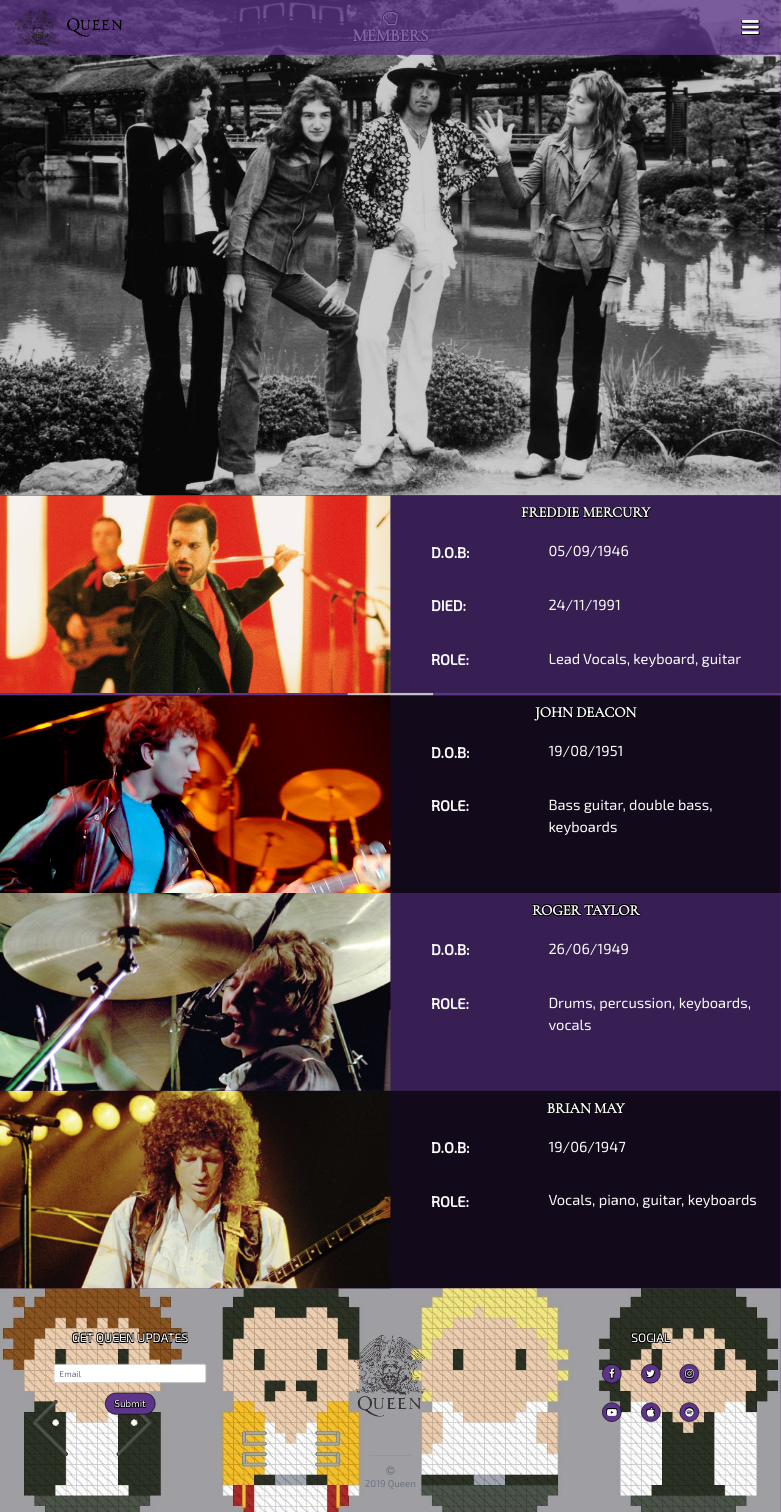
Repository: Olan1/Queen---The-Unofficial-Site
Page: members.html
The author's editor kept a record of every edit. The page is drawn from the files as they stood at one moment, then again after the next edit.
The browser window is 1280 px wide. The pictures show the whole page, at 61% of full size.

Above is the page before.

### members.html
<!DOCTYPE html>
<html lang="en">

<head>
    <meta charset="UTF-8">
    <meta name="viewport" content="width=device-width, initial-scale=1.0">
    <meta http-equiv="X-UA-Compatible" content="ie=edge">
    <link rel="stylesheet" href="https://stackpath.bootstrapcdn.com/bootstrap/4.3.1/css/bootstrap.min.css">
    <link rel="stylesheet" href="https://stackpath.bootstrapcdn.com/font-awesome/4.7.0/css/font-awesome.min.css">
    <link rel="stylesheet" href="assets/css/style.css">
    <link rel="shortcut icon" href="assets/images/head/Q.png">
    <!--Source: https://stackoverflow.com/questions/10691021/how-to-insert-logo-with-the-title-of-a-html-page-->
    <title>Members</title>
</head>

<body>
    <!--Header-->
    <header id="home" class="container-fluid members-header-container text-outline">
        <nav class="navbar navbar-light nav-bg-color fixed-top">
            <a href="index.html" class="navbar-brand" data-toggle="tooltip" title="Home">
                <img class="img-fluid" src="assets/images/header/queen-coat-of-arms.png">
                <img class="img-fluid d-none d-sm-inline-block" src="assets/images/header/queen-logo.png">
            </a>
            <button class="navbar-toggler ml-auto mr-2 text-outline" type="button" data-toggle="collapse" data-target="#navbarNavDropdown" aria-controls="navbarNavDropdown" aria-expanded="false" aria-label="Toggle navigation">
                <i class="fa fa-bars"></i>
            </button>
            <div class="collapse navbar-collapse justify-content-end" id="navbarNavDropdown">
                <ul class="navbar-nav mr-2">
                    <li class="nav-item "><a href="index.html" class="nav-link">Home</a></li>
                    <li class="nav-item "><a href="members.html" class="nav-link">Members</a></li>
                    <li class="nav-item"><a href="gallery.html" class="nav-link">Gallery</a></li>
                    <li class="nav-item"><a href="music.html" class="nav-link">Music</a></li>
                    <li class="nav-item"><a href="film.html" class="nav-link">Film</a></li>
                    <li class="nav-item"><a href="store.html" class="nav-link">Store</a></li>
                    <li class="nav-item"><a href="sign-up.html" class="nav-link">Sign Up</a></li>
                </ul>
            </div>
        </nav>
        <div class="padding-top">
            <h3 class="uppercase text-outline"><i class="fa fa-hand-rock-o" aria-hidden="true"></i>Members</h3>
        </div>
    </header>
    <!-- /.Header -->

    <!--Band Members Section-->
    <section id="members" class="container-fluid members-container">

        <!--Freddie Mercury-->
        <div class="bg-fade-light">
            <div class="row no-gutters info-container">
                <div class="col-lg-6">
                    <img class="img-fluid" src="assets/images/members/freddie-mercury.png" alt="Freddie Mercury">
                </div>
                <!--Source: Code Institutes front end resume project-->
                <div class="col-lg-6 section-column">
                    <div class="row">
                        <div class="col-12">
                            <h4 class="member-heading uppercase text-outline">
                                Freddie Mercury
                            </h4>
                        </div>
                    </div>
                    <div class="personal-info-item">
                        <div class="key">
                            <p class="uppercase">
                                D.O.B:
                            </p>
                        </div>
                        <div class="value">
                            <p>
                                05/09/1946
                            </p>
                        </div>
                    </div>
                    <div class="personal-info-item">
                        <div class="key">
                            <p class="uppercase">
                                Died:
                            </p>
                        </div>
                        <div class="value">
                            <p>
                                24/11/1991
                            </p>
                        </div>
                    </div>
                    <div class="personal-info-item">
                        <div class="key">
                            <p class="uppercase">
                                Role:
                            </p>
                        </div>
                        <div class="value">
                            <p>
                                Lead Vocals, keyboard, guitar
                            </p>
                        </div>
                    </div>
                </div>
            </div>
        </div>
        <hr class="divider-lg">

        <!--John Deacon-->
        <div class="bg-fade-dark">
            <div class="row no-gutters info-container">
                <div class="col-lg-6">
                    <img class="img-fluid" src="assets/images/members/john-deacon.png" alt="John Deacon">
                </div>
                <!--Source: Code Institutes front end resume project-->
                <div class="col-lg-6 section-column">
                    <div class="row">
                        <div class="col-12">
                            <h4 class="member-heading uppercase text-outline">
                                John Deacon
                            </h4>
                        </div>
                    </div>
                    <div class="personal-info-item">
                        <div class="key">
                            <p class="uppercase">
                                D.O.B:
                            </p>
                        </div>
                        <div class="value">
                            <p>
                                19/08/1951
                            </p>
                        </div>
                    </div>
                    <div class="personal-info-item">
                        <div class="key">
                            <p class="uppercase">
                                Role:
                            </p>
                        </div>
                        <div class="value">
                            <p>
                                Bass guitar, double bass, keyboards
                            </p>
                        </div>
                    </div>
                </div>
            </div>
        </div>

        <!--Roger Taylor-->
        <div class="bg-fade-light">
            <div class="row no-gutters info-container">
                <div class="col-lg-6">
                    <img class="img-fluid" src="assets/images/members/roger-taylor.png" alt="Roger Taylor">
                </div>
                <!--Source: Code Institutes front end resume project-->
                <div class="col-lg-6 section-column">
                    <div class="row">
                        <div class="col-12">
                            <h4 class="member-heading uppercase text-outline">
                                Roger Taylor
                            </h4>
                        </div>
                    </div>
                    <div class="personal-info-item">
                        <div class="key">
                            <p class="uppercase">
                                D.O.B:
                            </p>
                        </div>
                        <div class="value">
                            <p>
                                26/06/1949
                            </p>
                        </div>
                    </div>
                    <div class="personal-info-item">
                        <div class="key">
                            <p class="uppercase">
                                Role:
                            </p>
                        </div>
                        <div class="value">
                            <p>
                                Drums, percussion, keyboards, vocals
                            </p>
                        </div>
                    </div>
                </div>
            </div>
        </div>

        <!--Brian May-->
        <div class="bg-fade-dark">
            <div class="row no-gutters info-container">
                <div class="col-lg-6">
                    <img class="img-fluid pb-2" src="assets/images/members/brian-may.png" alt="Brian May">
                </div>
                <!--Source: Code Institutes front end resume project-->
                <div class="col-lg-6 section-column">
                    <div class="row">
                        <div class="col-12">
                            <h4 class="member-heading uppercase text-outline">
                                Brian May
                            </h4>
                        </div>
                    </div>
                    <div class="personal-info-item">
                        <div class="key">
                            <p class="uppercase">
                                D.O.B:
                            </p>
                        </div>
                        <div class="value">
                            <p>
                                19/06/1947
                            </p>
                        </div>
                    </div>
                    <div class="personal-info-item">
                        <div class="key">
                            <p class="uppercase">
                                Role:
                            </p>
                        </div>
                        <div class="value">
                            <p>
                                Vocals, piano, guitar, keyboards
                            </p>
                        </div>
                    </div>
                </div>
            </div>
        </div>
    </section>
    <!-- /.Band Members Section-->

    <!--Footer-->
    <footer id="footer" class="container-fluid footer-container">
        <div class="row pt-5">

            <!--Form-->
            <div class="col-sm-4 align-center pb-2 text-outline">
                <h5 class="uppercase text-white pb-4">Get Queen Updates</h5>
                <form class="form-sm justify-content-center inline-block">
                    <div class="form-group">
                        <input type="email" class="form-control form-control-sm" id="emailUpdates" aria-describedby="emailHelp" placeholder="Email">
                    </div>
                    <button type="submit" class="btn my-btn text-outline">Submit</button>
                </form>
                <hr class="divider d-sm-none">
            </div>

            <!--Logo-->
            <div class="col-sm-4 align-center pb-2">
                <a href="#home" data-toggle="tooltip" title="Top">
                    <img class="img-fluid footer-logo" src="assets/images/footer/queen-full-logo.png" alt="image unavailable">
                </a>
                <hr class="divider d-sm-none">
            </div>

            <!--Social-->
            <div class="col-sm-4  align-center pb-2 text-outline">
                <h5 class="uppercase text-white pb-4">Social</h5>
                <ul class="list-inline social-links">
                    <li class="list-inline-item ">
                        <a href="https://www.facebook.com/Queen/" target="_blank">
                            <i class="fa fa-facebook"></i>
                            <span class="sr-only">Facebook</span>
                        </a>
                    </li>
                    <li class="list-inline-item">
                        <a href="https://twitter.com/QueenWillRock?ref_src=twsrc%5Egoogle%7Ctwcamp%5Eserp%7Ctwgr%5Eauthor" target="_blank">
                            <i class="fa fa-twitter"></i>
                            <span class="sr-only">Twitter</span>
                        </a>
                    </li>
                    <li class="list-inline-item">
                        <a href="https://www.instagram.com/officialqueenmusic/" target="_blank">
                            <i class="fa fa-instagram"></i>
                            <span class="sr-only">Instagram</span>
                        </a>
                    </li>
                </ul>
                <ul class="list-inline social-links">
                    <li class="list-inline-item">
                        <a href="https://www.youtube.com/user/queenofficial/videos?app=desktop" target="_blank">
                            <i class="fa fa-youtube-play"></i>
                            <span class="sr-only">YouTube</span>
                        </a>
                    </li>
                    <li class="list-inline-item">
                        <a href="https://music.apple.com/us/artist/queen/3296287" target="_blank">
                            <i class="fa fa-apple"></i>
                            <span class="sr-only">Apple Music</span>
                        </a>
                    </li>
                    <li class="list-inline-item">
                        <a href="https://open.spotify.com/artist/1dfeR4HaWDbWqFHLkxsg1d" target="_blank">
                            <i class="fa fa-spotify"></i>
                            <span class="sr-only">Spotify</span>
                        </a>
                    </li>
                </ul>
                <hr class="divider d-sm-none">
            </div>

            <div class="col align-center">
                <hr class="d-none d-sm-block divider">
                <p class="text-muted"><i class="fa fa-copyright"></i> 2019 Queen</p>
            </div>
        </div>
    </footer>
    <!-- /.Footer-->

    <script src="https://code.jquery.com/jquery-3.3.1.slim.min.js" integrity="sha384-q8i/X+965DzO0rT7abK41JStQIAqVgRVzpbzo5smXKp4YfRvH+8abtTE1Pi6jizo" crossorigin="anonymous"></script>
    <script src="https://cdnjs.cloudflare.com/ajax/libs/popper.js/1.14.7/umd/popper.min.js" integrity="sha384-UO2eT0CpHqdSJQ6hJty5KVphtPhzWj9WO1clHTMGa3JDZwrnQq4sF86dIHNDz0W1" crossorigin="anonymous"></script>
    <script src="https://stackpath.bootstrapcdn.com/bootstrap/4.3.1/js/bootstrap.min.js" integrity="sha384-JjSmVgyd0p3pXB1rRibZUAYoIIy6OrQ6VrjIEaFf/nJGzIxFDsf4x0xIM+B07jRM" crossorigin="anonymous"></script>
</body>

</html>

Loaded but not shown: assets/css/style.css (686 lines, source omitted)

After the next edit:
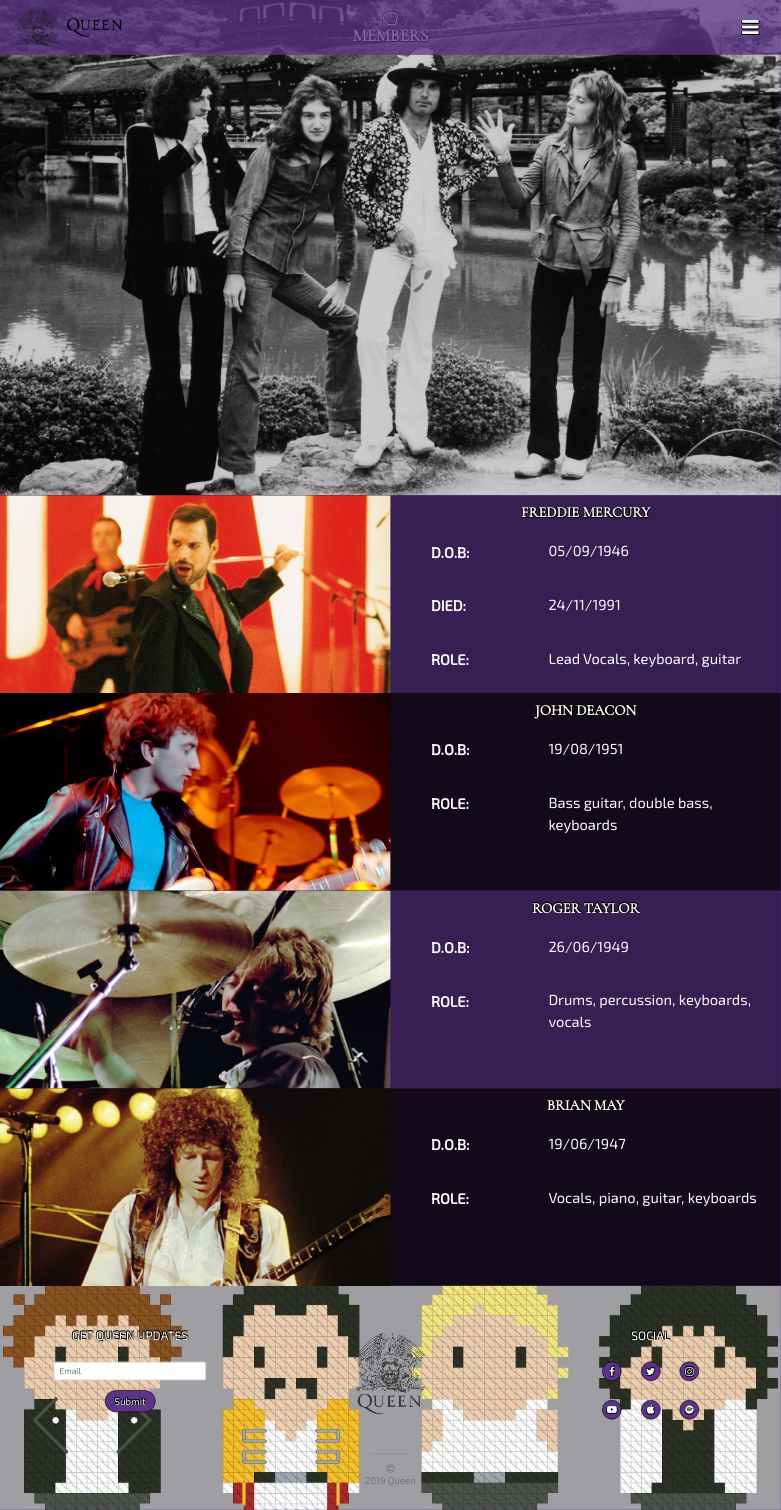
The edit:
--- a/members.html
+++ b/members.html
@@ -99,7 +99,6 @@
                 </div>
             </div>
         </div>
-        <hr class="divider-lg">
 
         <!--John Deacon-->
         <div class="bg-fade-dark">
